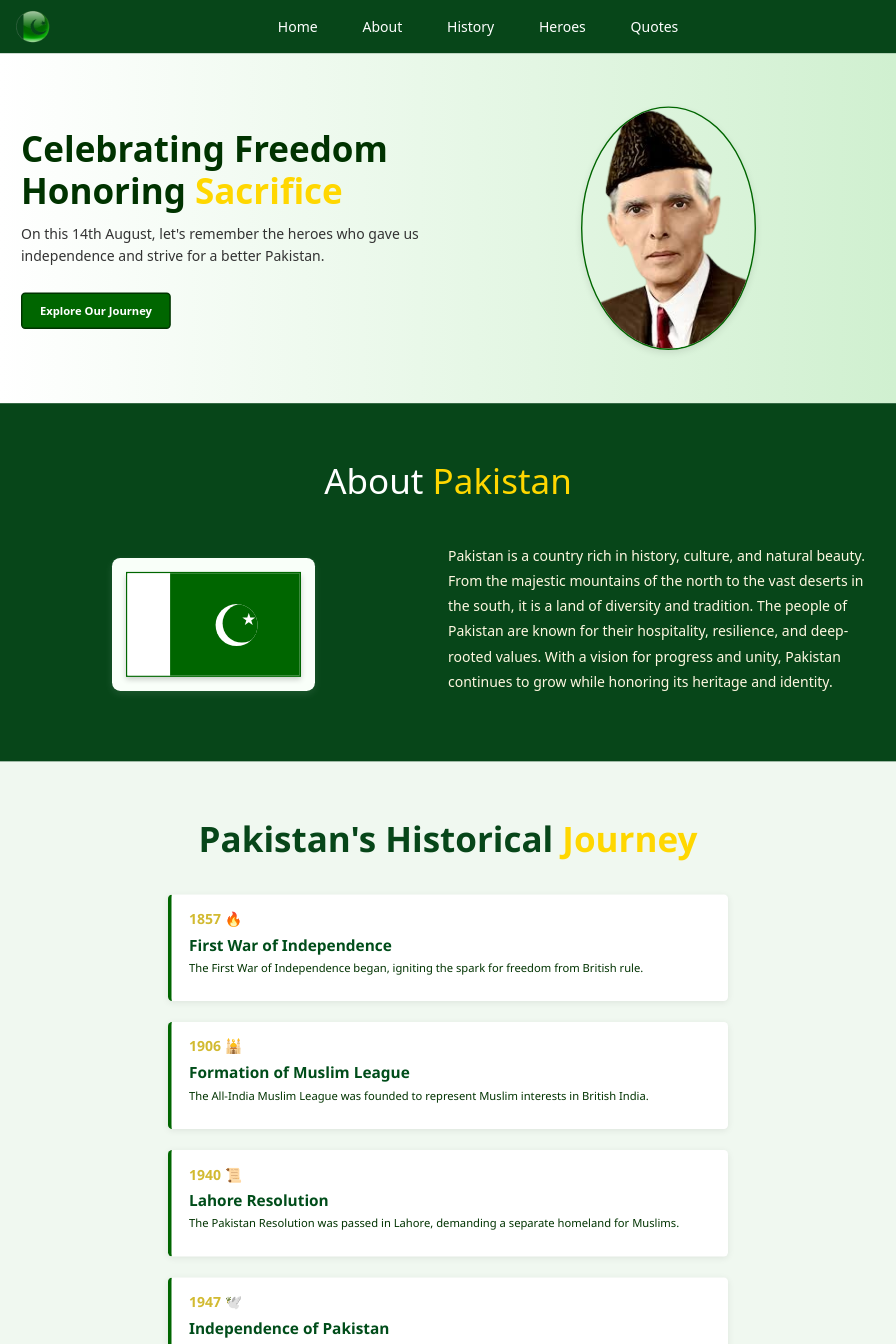
Repository: memonmuhammadali98/Pakistan-Independence-Day
Page: index.html
The author's editor kept a copy of each file at every save. The page is drawn from the files as they stood at one save, then again after the next save.
The browser window is 1280 px wide. The pictures show the part of the page from y = 0 to 1920 px (the page is 6354 px tall), at 70% of full size.

Above is the page before, as saved 2025-08-09 21:32:06.

### index.html
<!DOCTYPE html>
<html lang="en">
<head>
  <meta charset="UTF-8">
  <meta name="viewport" content="width=device-width, initial-scale=1.0">
  <title>Independence Day</title>
  <!-- External CSS -->
  <link rel="stylesheet" href="./style.css">
  <!-- Bootstrap CDN -->
  <link href="https://cdn.jsdelivr.net/npm/bootstrap@5.3.7/dist/css/bootstrap.min.css" rel="stylesheet"
    integrity="sha384-LN+7fdVzj6u52u30Kp6M/trliBMCMKTyK833zpbD+pXdCLuTusPj697FH4R/5mcr" crossorigin="anonymous">
  <script src="https://cdn.jsdelivr.net/npm/bootstrap@5.3.7/dist/js/bootstrap.bundle.min.js"
    integrity="sha384-ndDqU0Gzau9qJ1lfW4pNLlhNTkCfHzAVBReH9diLvGRem5+R9g2FzA8ZGN954O5Q"
    crossorigin="anonymous"></script>
    <!-- For PDF Download -->
    <script src="https://cdnjs.cloudflare.com/ajax/libs/jspdf/2.5.1/jspdf.umd.min.js"></script>
</head>
<body>
  <!-- Navbar Starts -->
  <nav class="navbar navbar-expand-lg navbar">
    <div class="container-fluid">
      <a class="navbar-brand" href="#">
        <img src="./Assets/logo-removebg-preview (1).png" alt="Logo" width="70px" height="50px">
      </a>
      <button class="navbar-toggler" type="button" data-bs-toggle="collapse" data-bs-target="#navbarSupportedContent"
        aria-controls="navbarSupportedContent" aria-expanded="false" aria-label="Toggle navigation">
        <span class="navbar-toggler-icon"></span>
      </button>
      <div class="collapse navbar-collapse" id="navbarSupportedContent">
        <ul class="navbar-nav me-auto ms-auto gap-5 mb-2 mb-lg-0 f-s-5">
          <li class="nav-item">
            <a class="nav-link active" aria-current="page" href="#Home">Home</a>
          </li>
          <li class="nav-item">
            <a class="nav-link active" href="#About">About</a>
          </li>
          <li class="nav-item">
            <a class="nav-link active" aria-disabled="true" href="#History">History</a>
          </li>
          <li class="nav-item">
            <a class="nav-link active" aria-disabled="true" href="#Heroes">Heroes</a>
          </li>
          <li class="nav-item">
            <a class="nav-link active" aria-disabled="true" href="#Quotes">Quotes</a>
          </li>
        </ul>

      </div>
    </div>
  </nav>
  <!-- Navbar Ends -->

  <!-- HERO SECTION STARTS -->
  <section class="hero-section" id="Home">
    <div class="hero-text">
      <h1>Celebrating Freedom Honoring <span style="color: gold;">Sacrifice</span></h1>
      <p>On this 14th August, let's remember the heroes who gave us independence and strive for a better Pakistan.</p>
      <button>Explore Our Journey</button>
    </div>
    <div class="hero-img">
      <img src="./Assets/hero-img.png" alt="Hero img" class="hero-img-1">
      <!-- <img src="./Assets/hero-img-2.png" alt="Hero img 2" class="Hero-img-2">
      <img src="./Assets/Hero-img-3.png" alt="Hero img 3" class="Hero-img-3"> -->
    </div>
  </section>
  <!-- HERO SECTION ENDS -->

  <!-- ABOUT SECTION STARTS -->
  <section class="about-section" id="About">
    <h2>About <span style="color: gold;">Pakistan</span></h2>
    <div class="about-container">
      <div class="about-img">
        <div class="flag-wrapper">
          <div class="flag">
            <div class="white-part"></div>
            <div class="green-part">
              <div class="crescent"></div>
              <div class="star"></div>
            </div>
          </div>
        </div>
      </div>
      <div class="about-text">
        <p>
          Pakistan is a country rich in history, culture, and natural beauty. From the majestic mountains of the north
          to the vast deserts in the south, it is a land of diversity and tradition. The people of Pakistan are known
          for their hospitality, resilience, and deep-rooted values. With a vision for progress and unity, Pakistan
          continues to grow while honoring its heritage and identity.
        </p>
      </div>
    </div>
  </section>
  <!-- ABOUT SECTION ENDS -->

  <!-- HISTORY SECTION STARTS -->
  <section class="history-section" id="History">
    <h2>Pakistan's Historical <span style="color: gold;">Journey</span></h2>
    <div class="timeline">

      <div class="timeline-item">
        <span class="year">1857 🔥</span>
        <h3>First War of Independence</h3>
        <p>The First War of Independence began, igniting the spark for freedom from British rule.</p>
      </div>

      <div class="timeline-item">
        <span class="year">1906 🕌</span>
        <h3>Formation of Muslim League</h3>
        <p>The All-India Muslim League was founded to represent Muslim interests in British India.</p>
      </div>

      <div class="timeline-item">
        <span class="year">1940 📜</span>
        <h3>Lahore Resolution</h3>
        <p>The Pakistan Resolution was passed in Lahore, demanding a separate homeland for Muslims.</p>
      </div>

      <div class="timeline-item">
        <span class="year">1947 🕊️</span>
        <h3>Independence of Pakistan</h3>
        <p>Pakistan gained independence on August 14 under the leadership of Quaid-e-Azam Muhammad Ali Jinnah.</p>
      </div>

      <div class="timeline-item">
        <span class="year">1956 📖</span>
        <h3>First Constitution</h3>
        <p>Pakistan became the Islamic Republic by adopting its first constitution on March 23.</p>
      </div>

      <div class="timeline-item">
        <span class="year">1965 ⚔️</span>
        <h3>Second War with India</h3>
        <p>Pakistan and India fought a war over Kashmir, ending with the Tashkent Agreement.</p>
      </div>

      <div class="timeline-item">
        <span class="year">1971 💔</span>
        <h3>Fall of Dhaka</h3>
        <p>The separation of East Pakistan led to the creation of Bangladesh after civil war.</p>
      </div>

      <div class="timeline-item">
        <span class="year">1973 🏛️</span>
        <h3>New Constitution</h3>
        <p>A new constitution was passed, establishing a parliamentary system in Pakistan.</p>
      </div>

      <div class="timeline-item">
        <span class="year">1998 💣</span>
        <h3>Nuclear Tests</h3>
        <p>Pakistan conducted successful nuclear tests in Chaghi, becoming the 7th nuclear power in the world.</p>
      </div>

    </div>
  </section>
  <!-- HISTORY SECTION ENDS -->

  <!-- NATIONAL HERO SECTION STARTS -->
   <section class="national-hero-section" id="Heroes">
  <h2>National Heroes of <span style="color: gold;">Pakistan</span></h2>
  <div class="national-hero-cards">

    <div class="national-hero-card">
      <img src="assets/Quaid-img.jpeg" alt="Quaid-e-Azam">
      <h3>Quaid-e-Azam</h3>
      <p class="title">Founder of Pakistan</p>
      <p>Leader of the Pakistan Movement and the first Governor-General of Pakistan.</p>
    </div>

    <div class="national-hero-card">
      <img src="assets/Allama-Iqbal-img.webp" alt="Allama Iqbal">
      <h3>Allama Iqbal</h3>
      <p class="title">Poet of the East</p>
      <p>Visionary who dreamed of Pakistan and inspired the youth with his poetry.</p>
    </div>

    <div class="national-hero-card">
      <img src="assets/fatima-jinnah.jpg" alt="Fatima Jinnah">
      <h3>Fatima Jinnah</h3>
      <p class="title">Mother of the Nation</p>
      <p>Quaid-e-Azam's sister and a strong advocate for women's rights in Pakistan.</p>
    </div>

    <div class="national-hero-card">
      <img src="assets/Liaquat-Ali-Khan-img.jpg" alt="Allama Iqbal">
      <h3>Liaquat Ali Khan</h3>
      <p class="title">First Prime Minister</p>
      <p>He was the first Prime Minister of Pakistan and played a major role in early governance.</p>
    </div>

    <div class="national-hero-card">
      <img src="assets/Sir-Syed-Ahmed-Khan-img.webp" alt="Allama Iqbal">
      <h3>Sir Syed Ahmed Khan</h3>
      <p class="title">Muslim Reformer & Educator</p>
      <p>Founder of Aligarh Movement, he laid the foundation for modern Muslim education in the subcontinent.</p>
    </div>

    <div class="national-hero-card">
      <img src="assets/Abdul-Qadeer-Khan-img.webp" alt="Dr. Abdul Qadeer Khan">
      <h3>Dr. Abdul Qadeer Khan</h3>
      <p class="title">Father of Nuclear Program</p>
      <p>Key figure behind Pakistan's nuclear tests in 1998, ensuring national defense.</p>
    </div>

  </div>
</section>

<!-- Quote Section Starts -->
   <div class="quote-section container-xxl" id="Quotes">
      <h2>Famous <span style="color: gold;">Quotes</span></h2>

  <div id="testimonialCarousel" class="carousel slide" data-bs-ride="carousel">

    <div class="carousel-inner" id="carouselContent"></div>

    <div class="carousel-indicators justify-content-center mt-3" id="carouselIndicators"></div>
  </div>


<div id="allTestimonialCards" class="d-none">

            <div class="testi-card-1">
      <div class="testi-para">
        <p>With faith, discipline and selfless devotion to duty, there is nothing worthwhile that you cannot achieve.</p>
      </div>
      <div class="testi-intro">
        <img src="./Assets/Quaid-img.jpeg" alt="pfp" class="testi-pfp">
        <div class="testi-intro-text">
          <h3>Quaid-e-Azam Muhammad Ali Jinnah</h3>
          <span style="color: rgb(198, 178, 68);;">Founder of Pakistan</span>
        </div>
      </div>

    </div>


          <div class="testi-card-1">
      <div class="testi-para">
        <p>Nations are born in the hearts of poets, they prosper and die in the hands of politicians.</p>
      </div>
      <div class="testi-intro">
        <img src="./Assets/Allama-Iqbal-img.webp" alt="pfp" class="testi-pfp">
        <div class="testi-intro-text">
          <h3>Allama Iqbal</h3>
          <span style="color: rgb(198, 178, 68);;">Poet of the East</span>
        </div>
      </div>
     </div>


          <div class="testi-card-1">
      <div class="testi-para">
        <p>Think 100 times before you take a decision, but once that decision is taken, stand by it.</p>
      </div>
      <div class="testi-intro">
        <img src="./Assets/Quaid-img.jpeg" alt="pfp" class="testi-pfp">
        <div class="testi-intro-text">
          <h3>Quaid-e-Azam</h3>
          <span style="color: rgb(198, 178, 68);;">Founder of Pakistan</span>
        </div>
      </div>
     </div>


          <div class="testi-card-1">
      <div class="testi-para">
        <p>There is no power on earth that can undo Pakistan.</p>
      </div>
      <div class="testi-intro">
        <img src="./Assets/Quaid-img.jpeg" alt="pfp" class="testi-pfp">
        <div class="testi-intro-text">
          <h3>Muhammad Ali Jinnah</h3>
          <span style="color: rgb(198, 178, 68);">Founder of Pakistan</span>
        </div>
      </div>
     </div>
</div>
</div>
 <!-- Quote Section Ends -->

<!-- Quiz Section Starts -->
  <section class="quiz-section">
  <div class="quiz-container">
    <h2>Test Your <span style="color: gold;">Knowledge</span></h2>
    <p>How well do you know Pakistan's independence history?</p>

    <div class="quiz-card">
      <h3 id="question">Question text</h3>
      <div id="options" class="options"></div>

      <button id="next-btn" class="next-btn">Next</button>
    </div>

    <div id="result-box" class="result-box hidden">
      <h3>Your Score: <span id="score"></span>/10</h3>
      <p id="remarks"></p>
      <input type="text" id="username" placeholder="Enter your name" />
      <button id="certificate-btn" class="next-btn">Download Certificate</button>
    </div>
  </div>
</section>
<!-- Quiz Section Ends -->

<!-- Card Section Starts -->
 <section class="card-section" id="Generate-Card">
  <h2>Generate and Share Independence Day <span style="color: gold;">Greetings</span></h2>
        <div class="generator-section">
            <div class="header">Independence Day Card Generator</div>
            <p>Create a personalized card for Pakistan's Independence Day (14th August)!</p>
            <input type="text" id="nameInput" placeholder="Enter Name" class="card-input">
            <button onclick="generateCard()" class="card-btn">Generate Card</button>
            <div class="cards-container" id="cardsContainer"></div>
        </div>
    </section>
<!-- Card Section Ends -->

<!-- Footer Section Starts -->
<footer class="footer">
  <div class="footer-container">
    <p>© 2025 Independence Day Pakistan. All Rights Reserved.</p>
    <p>“Unity, Faith, Discipline” — Quaid-e-Azam</p>
    <p>Website created by <strong style="color: gold;">Insha Abbas</strong></p>
  </div>
</footer>
<!-- Footer Section Ends -->













<!-- Famous Quotes Section Starts -->
  <script>
    <!-- Testimonial JS Starts -->
function getCardsPerSlide() {
  if (window.innerWidth >= 992) return 3; // large screen
  if (window.innerWidth >= 768) return 2; // medium
  return 1; // small
}

function buildCarousel() {
  const allCards = Array.from(document.querySelectorAll('#allTestimonialCards .testi-card-1'));
  const carouselInner = document.getElementById('carouselContent');
  const indicators = document.getElementById('carouselIndicators');
  const cardsPerSlide = getCardsPerSlide();

  carouselInner.innerHTML = '';
  indicators.innerHTML = '';

  let slides = [];

  if (cardsPerSlide === 3 && allCards.length === 4) {
    // Large screen: avoid solo card
    slides = [
      [0, 1, 2], // Slide 1
      [3, 0, 1]  // Slide 2
    ];
  } else {
    // Normal grouping
    for (let i = 0; i < allCards.length; i += cardsPerSlide) {
      const group = [];
      for (let j = 0; j < cardsPerSlide; j++) {
        const index = i + j;
        if (index < allCards.length) {
          group.push(index);
        }
      }
      slides.push(group);
    }
  }

  slides.forEach((group, slideIndex) => {
    const slide = document.createElement('div');
    slide.classList.add('carousel-item');
    if (slideIndex === 0) slide.classList.add('active');

    const row = document.createElement('div');
    row.classList.add('row', 'g-4' ,'justify-content-center');

    group.forEach(index => {
      const col = document.createElement('div');
      if (cardsPerSlide === 3) {
  col.className = 'col-lg-4';
} else if (cardsPerSlide === 2) {
  col.className = 'col-md-6';
} else {
  col.className = 'col-12 d-flex justify-content-center'; // ✅ fix for small screens
}
      col.appendChild(allCards[index].cloneNode(true));
      row.appendChild(col);
    });

    slide.appendChild(row);
    carouselInner.appendChild(slide);

    const dot = document.createElement('button');
    dot.setAttribute('type', 'button');
    dot.setAttribute('data-bs-target', '#testimonialCarousel');
    dot.setAttribute('data-bs-slide-to', slideIndex);
    dot.setAttribute('aria-label', `Slide ${slideIndex + 1}`);
    if (slideIndex === 0) {
      dot.classList.add('active');
      dot.setAttribute('aria-current', 'true');
    }
    indicators.appendChild(dot);
  });
}

window.addEventListener('DOMContentLoaded', buildCarousel);
window.addEventListener('resize', buildCarousel);
  </script>
<!-- Famous Quotes Section Ends -->

<!-- Quiz Section Starts -->
  <script>
    const questions = [
  { q: "What was Allama Iqbal's profession?", options: ["Politician", "Poet and Philosopher", "Journalist", "Teacher"], answer: 1 },
  { q: "When did Pakistan gain independence?", options: ["14 August 1947", "23 March 1940", "14 August 1950", "15 August 1947"], answer: 0 },
  { q: "Who was the founder of Pakistan?", options: ["Liaquat Ali Khan", "Allama Iqbal", "Muhammad Ali Jinnah", "Sir Syed Ahmed Khan"], answer: 2 },
  { q: "Which city is the capital of Pakistan?", options: ["Karachi", "Islamabad", "Lahore", "Quetta"], answer: 1 },
  { q: "What is the national language of Pakistan?", options: ["Punjabi", "Urdu", "Sindhi", "Pashto"], answer: 1 },
  { q: "What is Pakistan's national flower?", options: ["Rose", "Lily", "Jasmine", "Tulip"], answer: 2 },
  { q: "When was the first constitution of Pakistan enforced?", options: ["1956", "1949", "1973", "1962"], answer: 0 },
  { q: "Which sea borders Pakistan?", options: ["Red Sea", "Caspian Sea", "Arabian Sea", "Black Sea"], answer: 2 },
  { q: "Who was the first Prime Minister of Pakistan?", options: ["Liaquat Ali Khan", "Ayub Khan", "Zulfikar Ali Bhutto", "Yahya Khan"], answer: 0 },
  { q: "What is Pakistan's national sport?", options: ["Hockey", "Cricket", "Football", "Kabaddi"], answer: 0 }
];

let currentQ = 0;
let score = 0;
let selectedOption = null;

const questionEl = document.getElementById("question");
const optionsEl = document.getElementById("options");
const nextBtn = document.getElementById("next-btn");
const resultBox = document.getElementById("result-box");
const scoreEl = document.getElementById("score");
const remarksEl = document.getElementById("remarks");
const certificateBtn = document.getElementById("certificate-btn");

function loadQuestion() {
  const q = questions[currentQ];
  questionEl.textContent = `${currentQ + 1}. ${q.q}`;
  optionsEl.innerHTML = "";
  q.options.forEach((opt, index) => {
    const btn = document.createElement("button");
    btn.textContent = opt;
    btn.classList.add("option-btn");
    btn.onclick = () => selectOption(index, btn);
    optionsEl.appendChild(btn);
  });
}

function selectOption(index, button) {
  selectedOption = index;
  document.querySelectorAll(".option-btn").forEach(btn => btn.classList.remove("selected"));
  button.classList.add("selected");
}

nextBtn.onclick = () => {
  if (selectedOption === null) return alert("Please select an option!");
  if (selectedOption === questions[currentQ].answer) score++;
  selectedOption = null;
  currentQ++;
  if (currentQ < questions.length) {
    loadQuestion();
  } else {
    showResult();
  }
};

function showResult() {
  document.querySelector(".quiz-card").classList.add("hidden");
  resultBox.classList.remove("hidden");
  scoreEl.textContent = score;
  remarksEl.textContent = score >= 8 ? "Excellent! You know your history well!" :
                          score >= 5 ? "Good job! But there's more to learn." :
                          "Keep learning about Pakistan's history!";
}

certificateBtn.onclick = () => {
  const name = document.getElementById("username").value.trim();
  if (!name) return alert("Please enter your name!");
  generateCertificate(name, score);
};

function generateCertificate(name, score) {
  const { jsPDF } = window.jspdf;
  const doc = new jsPDF("landscape", "mm", "a4");

  // Colors
  const green = [0, 102, 51];
  const gold  = [255, 215, 0];
  const white = [255, 255, 255];

  // Page background
  doc.setFillColor(...green);
  doc.rect(0, 0, 297, 210, "F");

  // Gold border
  doc.setDrawColor(...gold);
  doc.setLineWidth(4);
  doc.rect(5, 5, 287, 200);

  // Title
  doc.setFont("helvetica", "bold");
  doc.setFontSize(32);
  doc.setTextColor(...gold);
  doc.text("Certificate of Achievement", 148.5, 50, { align: "center" });

  // Subtitle
  doc.setFontSize(18);
  doc.setTextColor(...white);
  doc.text("This is proudly presented to", 148.5, 70, { align: "center" });

  // Name
  doc.setFont("times", "bold");
  doc.setFontSize(26);
  doc.setTextColor(...gold);
  doc.text(name, 148.5, 90, { align: "center" });

  // Achievement text
  doc.setFont("helvetica", "normal");
  doc.setFontSize(16);
  doc.setTextColor(...white);
  doc.text(
    "For successfully completing the Pakistan Independence Day Quiz",
    148.5,
    110,
    { align: "center", maxWidth: 240 }
  );
  doc.text(`Score: ${score}/10`, 148.5, 125, { align: "center" });

  // Remarks
  let remark =
    score >= 8 ? "Excellent knowledge of Pakistan's history!" :
    score >= 5 ? "Good effort! Keep learning more." :
                 "Needs improvement. Keep studying!";
  doc.setFontSize(14);
  doc.setTextColor(...white);
  doc.text(remark, 148.5, 140, { align: "center" });

  // Date (only once)
  const today = new Date();
  // ordinal helper (optional)
  const ordinal = (n) => {
    const s = ["th","st","nd","rd"], v = n % 100;
    return n + (s[(v - 20) % 10] || s[v] || s[0]);
  };
  const dateStr = `${ordinal(today.getDate())} ${today.toLocaleString('en-GB', { month: 'long' })} ${today.getFullYear()}`;

  doc.setFontSize(12);
  doc.setTextColor(200, 200, 200);
  doc.text(`Issued on ${dateStr}`, 148.5, 190, { align: "center" });

  // Decorative stamp (right side)
  // Decorative stamp (right side) with today's date
const day   = today.getDate().toString().padStart(2, "0");
const month = today.toLocaleString('en-GB', { month: 'short' }).toUpperCase();

doc.setFillColor(...gold);
doc.circle(260, 150, 15, "F");
doc.setFontSize(10);
doc.setTextColor(...green);
doc.text(`${day} ${month}`, 260, 150, { align: "center", baseline: "middle" });

  // Optionally add a watermark image (flag) - see note below
  // doc.addImage(flagBase64, 'PNG', 20, 30, 120, 120, undefined, 'FAST');

  // Save PDF
  doc.save(`${name}-certificate.pdf`);
}

loadQuestion();

  </script>
<!-- Quiz Section Ends -->

<!-- Card Section Starts -->
 <script src="https://html2canvas.hertzen.com/dist/html2canvas.min.js"></script>
   <script>
    function generateCard() {
    const name = document.getElementById('nameInput').value.trim();
    if (!name) {
        alert('Please enter a name!');
        return;
    }

    const cardsContainer = document.getElementById('cardsContainer');
    const existingCard = cardsContainer.querySelector('.card');

    if (existingCard) {
        // Update the existing card's name and re-attach download button event
        existingCard.querySelector('.wish-heading').innerHTML = `Happy Independence Day <span style="color: gold;">${name}!</span>`;
    } else {
        // Create a new card div
        const card = document.createElement('div');
        card.classList.add('card');

        card.innerHTML = `
            <div class="flag-wrapper">
                <div class="flag">
                    <div class="white-part"></div>
                    <div class="green-part">
                        <div class="crescent"></div>
                        <div class="star"></div>
                    </div>
                </div>
            </div>
            <h3 class="wish-heading">Happy Independence Day <span style="color: gold;">${name}!</span></h3>
            <p class="wish-para">Celebrate the spirit of freedom and unity on this special day. Let's honor the sacrifices of our heroes.</p>
            <p class="wish-para">"Unity, Faith, Discipline" Quaid-e-Azam</p>
        `;

        // Create download button and attach event listener
        const downloadBtn = document.createElement('button');
        downloadBtn.className = 'download-btn';
        downloadBtn.textContent = 'Download Card';
        downloadBtn.addEventListener('click', () => downloadCard(card, name, downloadBtn));

        card.appendChild(downloadBtn);
        cardsContainer.appendChild(card);
    }

    // If card exists and you want to update the download button handler with new name:
    if (existingCard) {
        const downloadBtn = existingCard.querySelector('.download-btn');
        // Remove old listeners by cloning button
        const newDownloadBtn = downloadBtn.cloneNode(true);
        downloadBtn.replaceWith(newDownloadBtn);
        newDownloadBtn.addEventListener('click', () => downloadCard(existingCard, name, newDownloadBtn));
    }

    document.getElementById('nameInput').value = '';

    function downloadCard(cardElement, name, button) {
    button.classList.add('hidden');
    html2canvas(cardElement).then(canvas => {
        const link = document.createElement('a');
        link.download = `independence_day_card_${name}_${Date.now()}.png`;
        link.href = canvas.toDataURL('image/png');
        link.click();
        button.classList.remove('hidden');
    });
}

}

   </script>
<!-- Card Section Ends -->


</body>

</html>

Loaded but not shown: style.css (738 lines, source omitted)

After the next save:
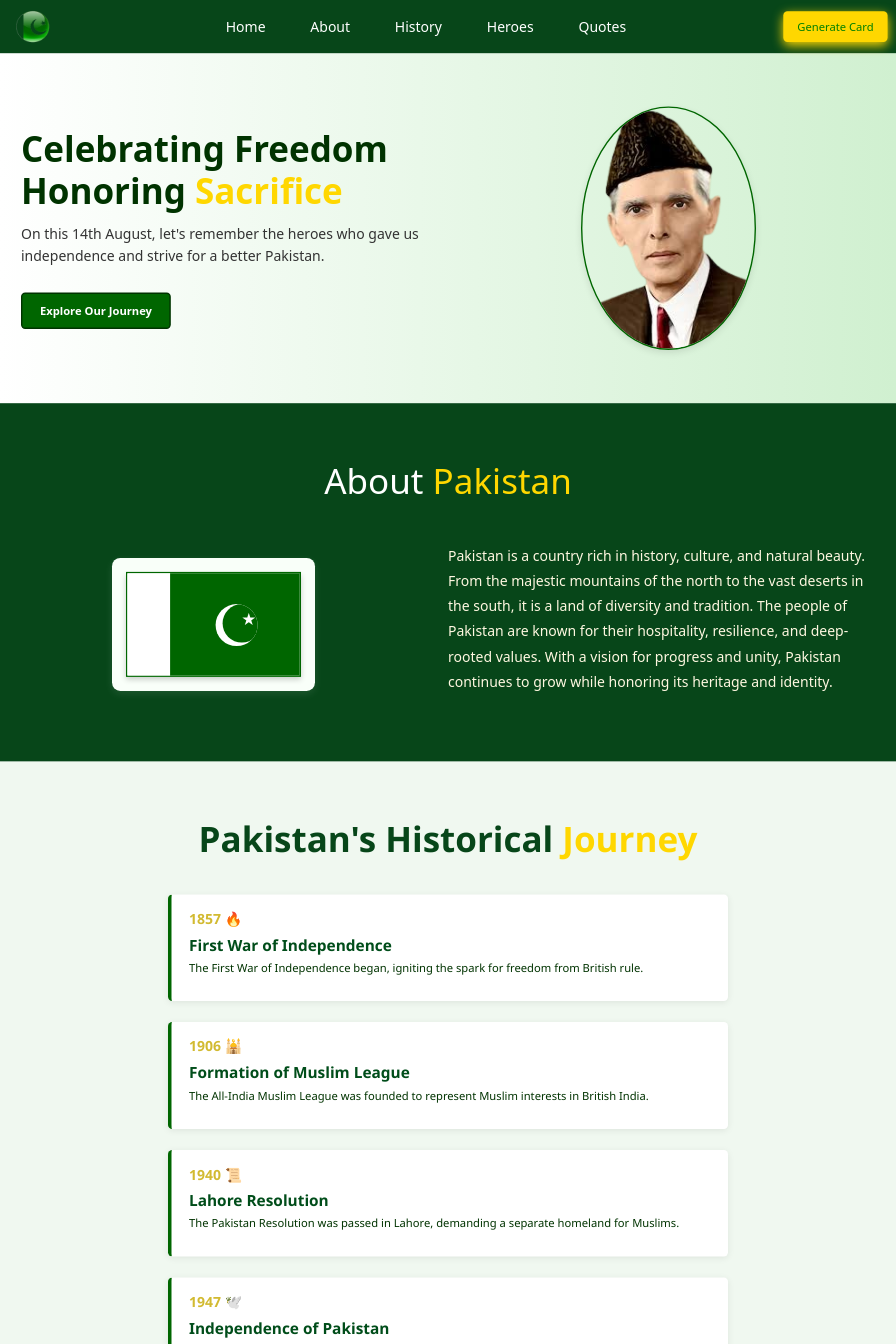
Saved 5 s later.
--- a/index.html
+++ b/index.html
@@ -44,7 +44,7 @@
             <a class="nav-link active" aria-disabled="true" href="#Quotes">Quotes</a>
           </li>
         </ul>
-
+         <a href="#Generate-Card"><button class="btn" type="submit" > Generate Card</button></a>
       </div>
     </div>
   </nav>
